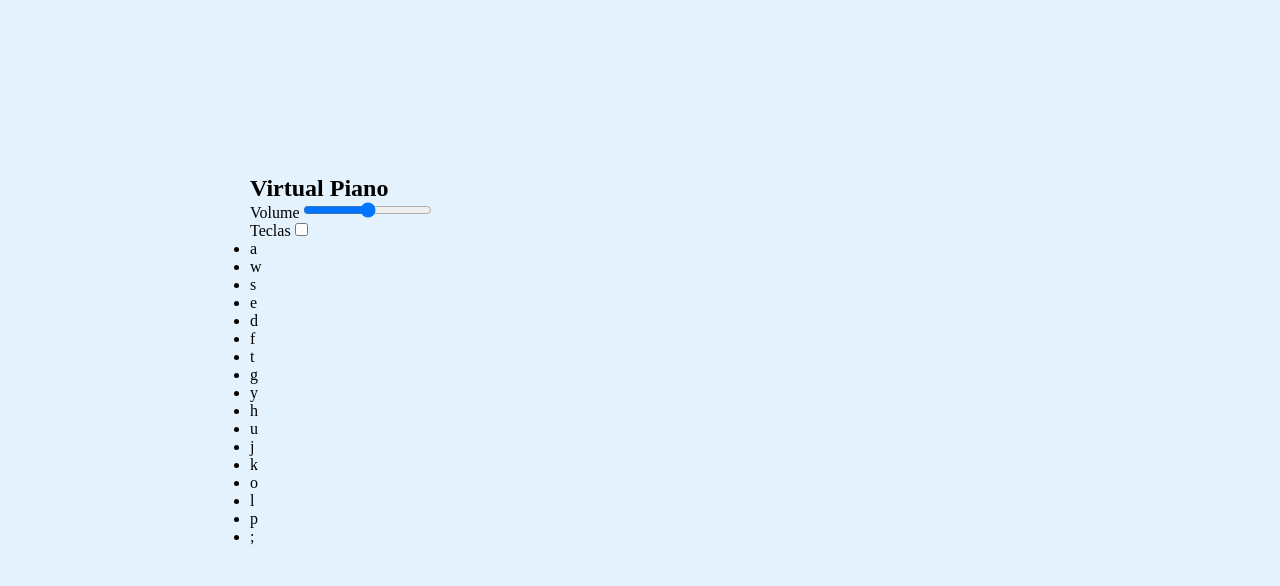
Repository: gustavotwist/simulador-piano
Page: index.html
The author's editor kept a copy of each file at every save. The page is drawn from the files as they stood at one save, then again after the next save.
The browser window is 1280 px wide. The pictures show the whole page.

Above is the page before, as saved 2024-11-27 18:34:03.

After the next save:
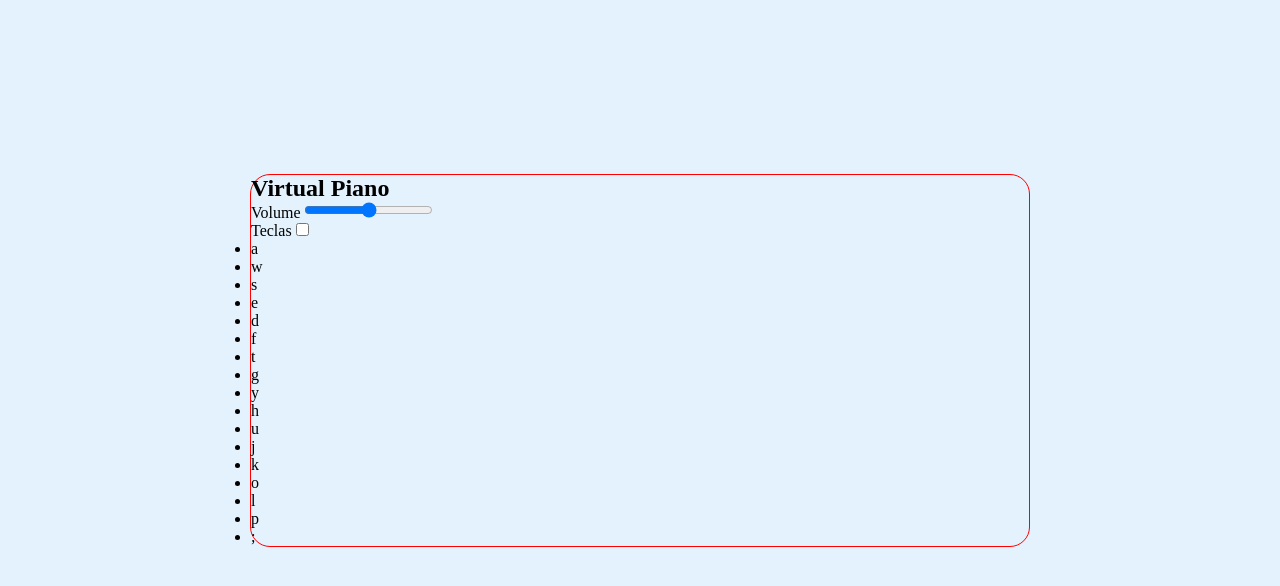
Saved 6 s later.
--- a/src/styles/main.css
+++ b/src/styles/main.css
@@ -9,5 +9,5 @@ body {
 .container {
     width: 780px;
     border-radius: 20px;
-    border: ;
+    border: 1px solid red;
 }
